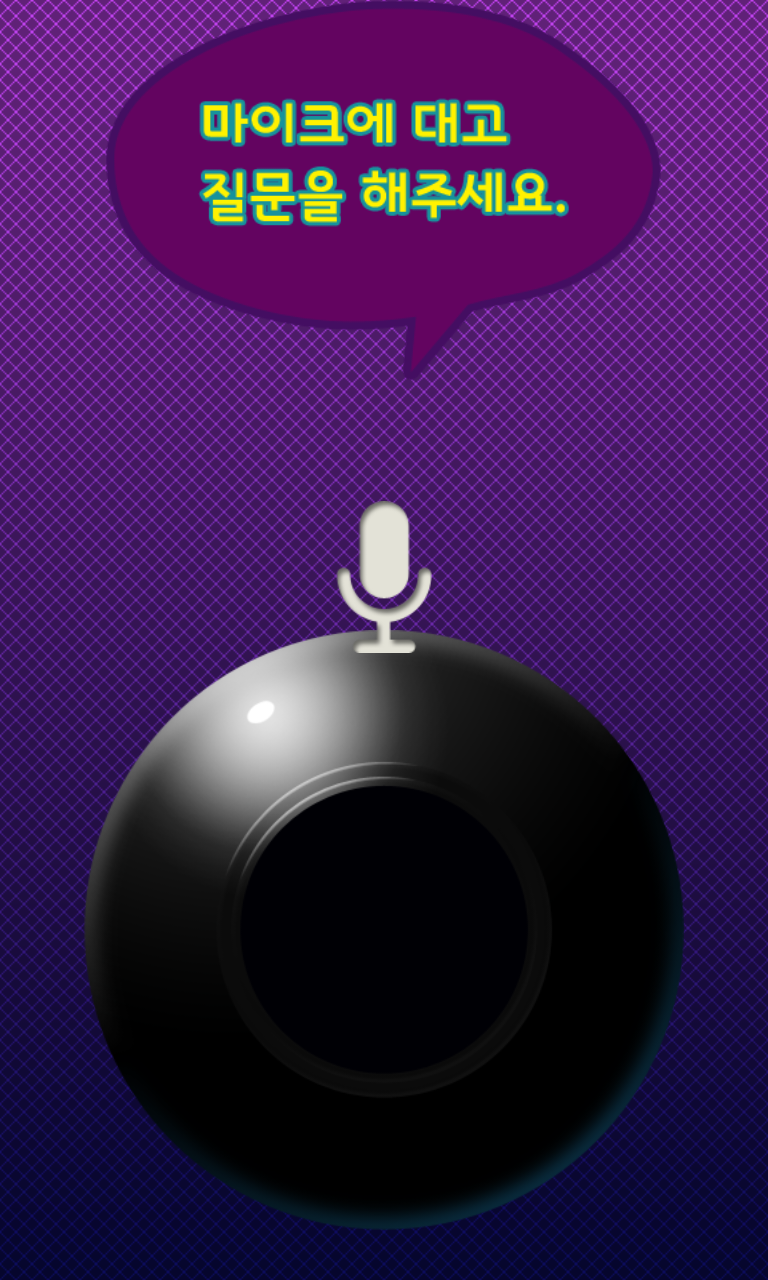
Repository: LimHeeJho/masicBall
Layout: MagicBall/res/layout/after_voice.xml
An editor plug-in stored every save of this project. The layout is shown before and after the next save, followed by the edit.
It is drawn on a 768 x 1280 px phone screen (xhdpi) without system bars, with theme AppTheme; the app's code is not run.

Above is the layout before, as saved 2013-07-17 08:20:51.

After the next save:
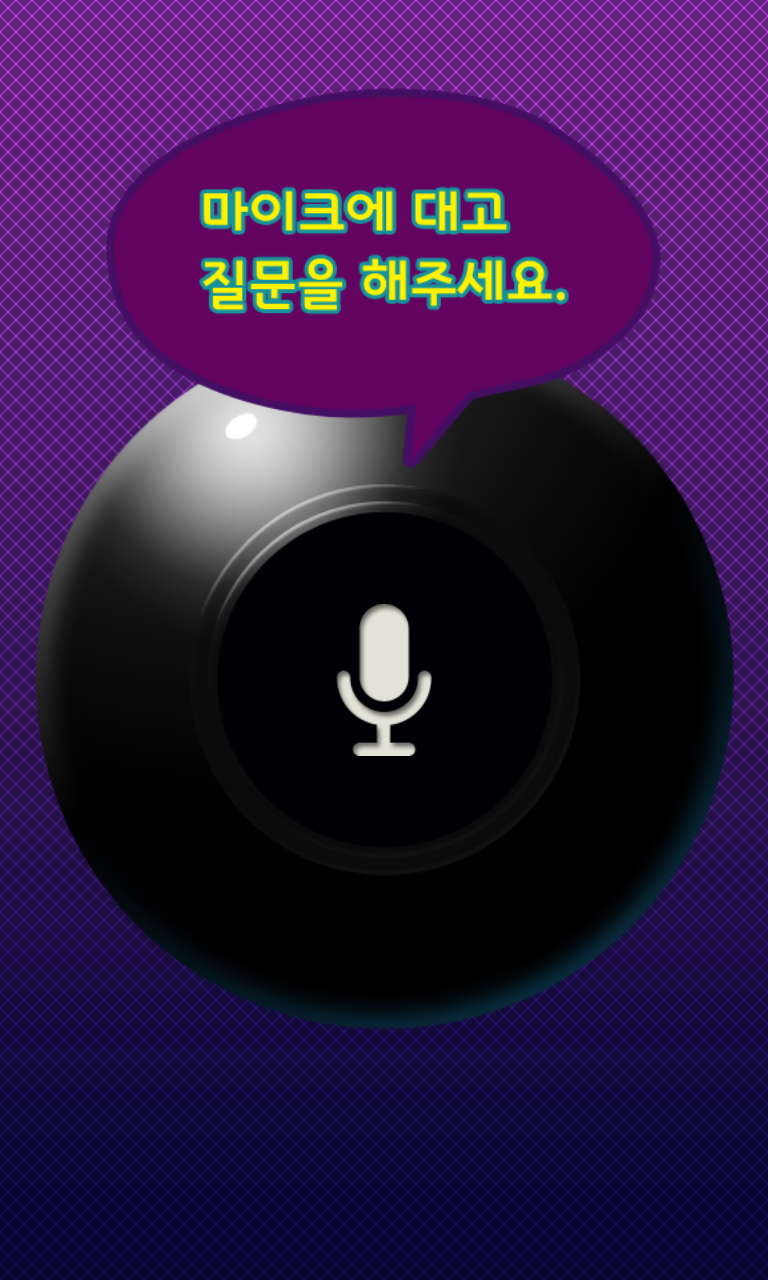
Saved 50 s later.
--- a/MagicBall/res/layout/after_voice.xml
+++ b/MagicBall/res/layout/after_voice.xml
@@ -2,7 +2,7 @@
     xmlns:tools="http://schemas.android.com/tools"
     android:layout_width="fill_parent"
     android:layout_height="fill_parent"
-    tools:context=".AfterVoiceActivity" >
+    tools:context=".MainActivity" >
 
     <RelativeLayout
         android:layout_width="fill_parent"
@@ -11,14 +11,28 @@
         android:layout_alignParentTop="true"
         android:background="@drawable/background" >
 
-        <ImageView
-            android:id="@+id/ball"
-            android:layout_width="wrap_content"
-            android:layout_height="wrap_content"
-            android:layout_alignParentBottom="true"
+        <RelativeLayout
+            android:layout_width="350dp"
+            android:layout_height="400dp"
             android:layout_centerHorizontal="true"
-            android:layout_marginBottom="25dp"
-            android:src="@drawable/ball" />
+            android:layout_marginTop="140dp" >
+
+            <ImageView
+                android:id="@+id/imageView1"
+                android:layout_width="fill_parent"
+                android:layout_height="fill_parent"
+                android:layout_alignParentTop="true"
+                android:layout_centerHorizontal="true"
+                android:src="@drawable/ball" />
+
+            <ImageView
+                android:id="@+id/mic"
+                android:layout_width="wrap_content"
+                android:layout_height="wrap_content"
+                android:layout_centerHorizontal="true"
+                android:layout_centerVertical="true"
+                android:src="@drawable/mic" />
+        </RelativeLayout>
 
         <ImageView
             android:id="@+id/guide1"
@@ -26,17 +40,8 @@
             android:layout_height="wrap_content"
             android:layout_alignParentTop="true"
             android:layout_centerHorizontal="true"
+            android:layout_marginTop="44dp"
             android:src="@drawable/guide_mod" />
-
-        <ImageView
-            android:id="@+id/mic"
-            android:layout_width="wrap_content"
-            android:layout_height="wrap_content"
-            android:layout_below="@+id/guide1"
-            android:layout_centerHorizontal="true"
-            android:layout_marginTop="60dp"
-            android:src="@drawable/mic" />
-
     </RelativeLayout>
 
 </RelativeLayout>
